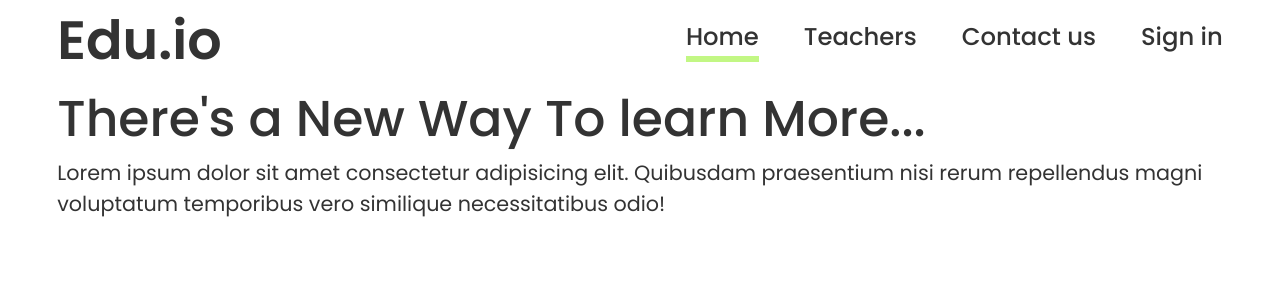
Repository: duck2913/edu.io
Page: /
These files come from the project's save history. The page is drawn as it stood at one moment and after the next save; the edit follows.
The browser window is 1280 px wide. The pictures show the whole page.
The project was rebuilt for these pictures with package versions that can differ from the ones it lists, and the page was loaded fresh each time.

Above is the page before, as saved 2021-09-02 13:02:58.

### src/index.html
<!DOCTYPE html>
<html lang="en">
	<head>
		<meta charset="UTF-8" />
		<meta http-equiv="X-UA-Compatible" content="IE=edge" />
		<meta name="viewport" content="width=device-width, initial-scale=1.0" />

		<!-- googlefont -->
		<link rel="preconnect" href="https://fonts.googleapis.com" />
		<link rel="preconnect" href="https://fonts.gstatic.com" crossorigin />
		<link
			href="https://fonts.googleapis.com/css2?family=Poppins:wght@400;500;600;700&display=swap"
			rel="stylesheet"
		/>
		<!-- googlefont -->
		<link rel="stylesheet" href="./scss/main.scss" />
		<title>Edu.io</title>
	</head>
	<body>
		<header class="header">
			<div class="container header__container">
				<div class="logo">Edu.io</div>
				<nav class="nav">
					<ul class="nav__list">
						<li class="nav__link active">Home</li>
						<li class="nav__link">Teachers</li>
						<li class="nav__link">Contact us</li>
						<li class="nav__link nav__btn">Sign in</li>
					</ul>
				</nav>
			</div>
		</header>

		<main>
			<section class="hero">
				<div class="container hero__container">
					<div class="hero__text-box">
						<h1 class="heading--1">There's a New Way To learn More...</h1>
						<p class="text">
							Lorem ipsum dolor sit amet consectetur adipisicing elit.
							Quibusdam praesentium nisi rerum repellendus magni voluptatum
							temporibus vero similique necessitatibus odio!
						</p>
					</div>
					<div class="hero__img-box"></div>
				</div>
			</section>
		</main>
	</body>
</html>

### src/scss/main.scss
@import "variable";
@import "mixin";
@import "reset";
@import "base";
@import "typography";
@import "header";
@import "hero";

### src/scss/_variable.scss
$color-red: #f6a9a9;
$color-orange: #ffbf86;
$color-yellow: #fff47d;
$color-green: #c2f784;

$border: 3px solid black;
$shadow: 1rem 1rem 3rem rgba(black, 0.2);

### src/scss/_mixin.scss
@mixin maxW($breakpoint) {
	@media screen and (max-width: $breakpoint) {
		@content;
	}
}

### src/scss/_reset.scss
html {
	box-sizing: border-box;
	scroll-behavior: smooth;
}
* {
	margin: 0;
	padding: 0;
}
*,
*:before,
*:after {
	box-sizing: border-box;
}
input,
textarea,
select,
button {
	outline: none;
}
input {
	line-height: normal;
}
label,
button {
	cursor: pointer;
}
a {
	text-decoration: none;
	color: inherit;
}
img {
	display: inline-block;
	max-width: 100%;
}

ul {
	list-style: none;
}

section[id] {
	scroll-margin-top: 3rem;
}

### src/scss/_base.scss
html {
	font-size: 62.5%;

	@include maxW(1280px) {
		font-size: 56.25%;
	}

	@include maxW(1023px) {
		font-size: 50%;
	}

	@include maxW(767px) {
		font-size: 43.75%;
	}
}

body {
	font-family: "Poppins", sans-serif;
	color: #333;
	line-height: 1.5;
}

.container {
	max-width: 133.5rem;
	padding: 0 2rem;
	margin: 0 auto;
}

.section {
	padding: 9.6rem 0;
}

.text-center {
	text-align: center;
}

.mb-lg {
	margin-bottom: 10rem !important;
}

.mb-md {
	margin-bottom: 5rem !important;
}

### src/scss/_typography.scss
.heading--1 {
	font-size: 5.6rem;
	font-weight: 500;
}

.text {
	font-size: 2.3rem;
}

### src/scss/_header.scss
.header {
	&__container {
		display: flex;
		justify-content: space-between;
		align-items: center;
	}

	.logo {
		font-size: 6rem;
		font-weight: 600;
	}

	.nav {
		&__list {
			display: flex;
			gap: 5rem;
		}

		&__link {
			font-size: 2.7rem;
			font-weight: 500;
		}
		.active {
			border-bottom: 6px solid $color-green;
		}
	}
}

Loaded but not shown: src/scss/_hero.scss (no stored copy; drawn as an empty file)

After the next save:
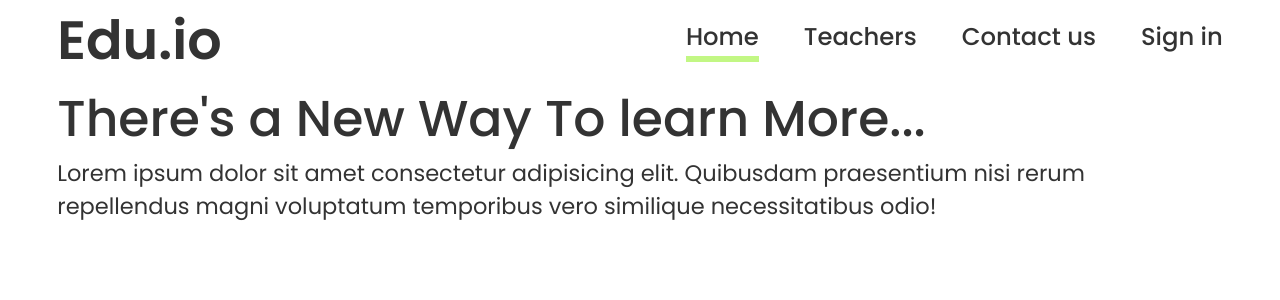
Saved 10 s later.
--- a/src/scss/_typography.scss
+++ b/src/scss/_typography.scss
@@ -4,5 +4,5 @@
 }
 
 .text {
-	font-size: 2.3rem;
+	font-size: 2.5rem;
 }
